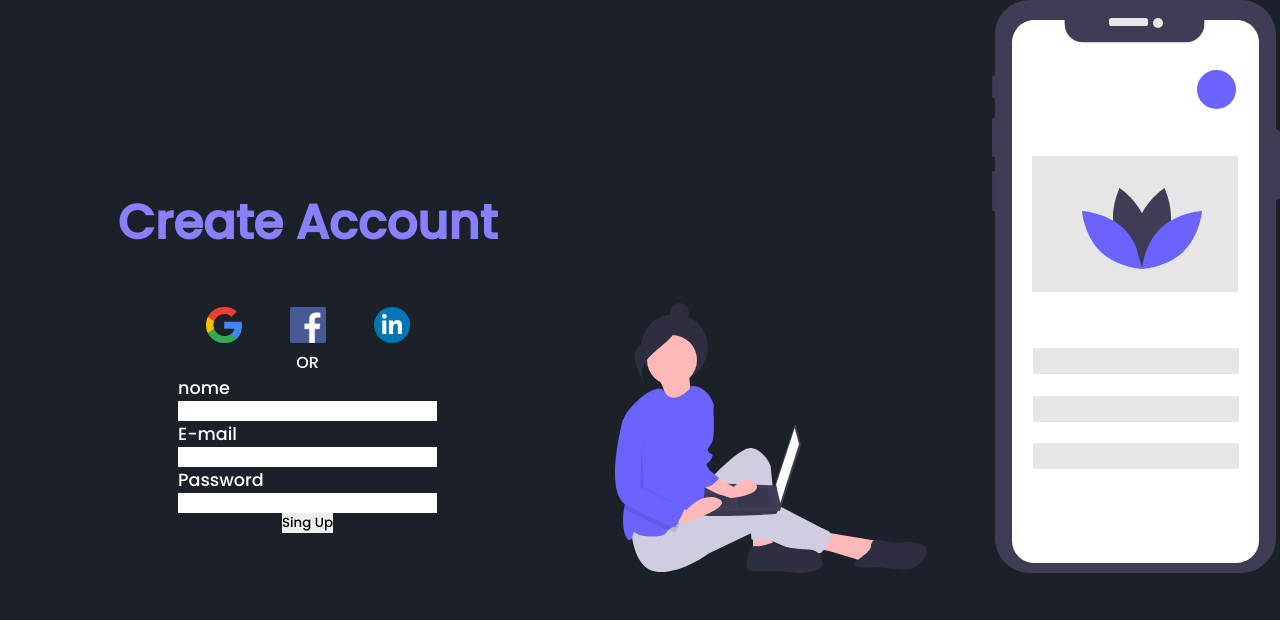
Repository: daniel-victorr/Cadastro
Page: login.html
These files come from the project's save history. The page is drawn as it stood at one moment and after a run of saves; the edit follows.
The browser window is 1280 px wide. The pictures show the whole page.

Above is the page before, as saved 2022-02-17 16:29:01.

After the next 2 saves:
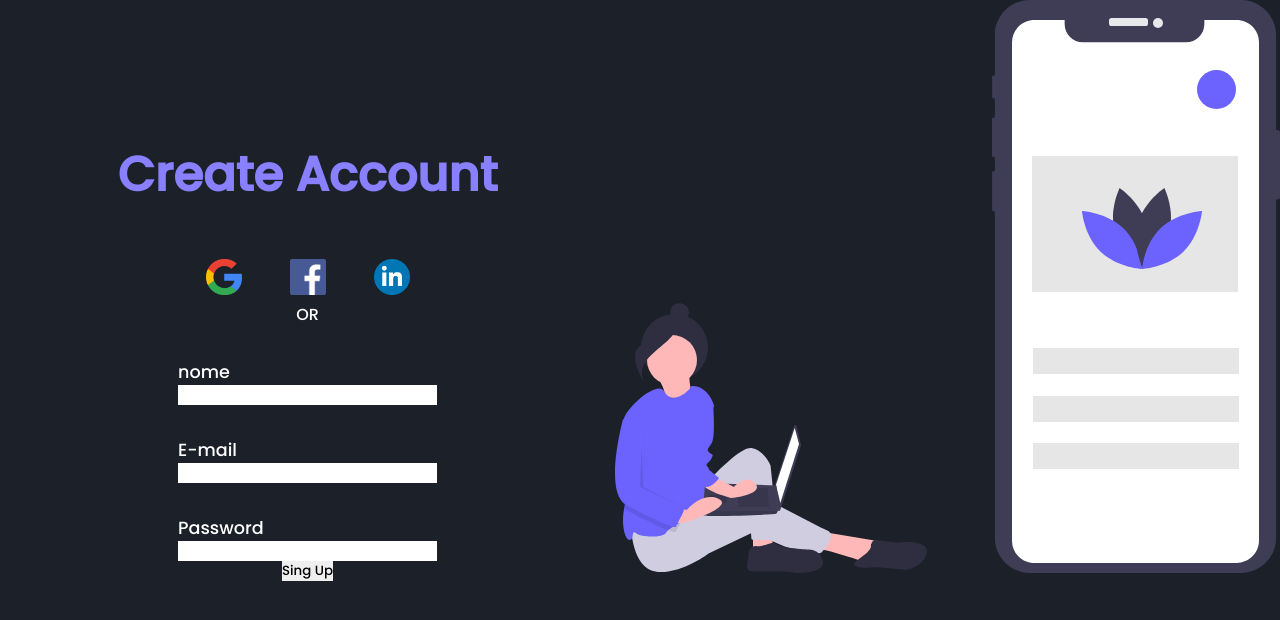
The 2 saves are shown as one change because they came seconds apart.
The last was saved 7 s later.
--- a/Cadastro.css
+++ b/Cadastro.css
@@ -62,6 +62,6 @@ main form label{
 
 main form label span{
     font-size: 1.1rem;
-    margin
+    margin-top: 2rem;
 
 }
